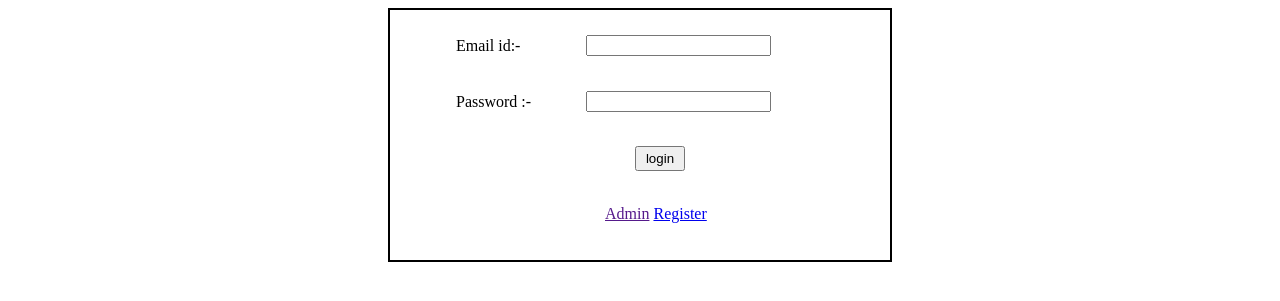
Repository: ShivrajMPujari/ServletApplication
Page: http://localhost/LoginRegistration/
An editor plug-in stored every save of this project. The page is shown before and after the next save, followed by the edit.
The browser window is 1280 px wide. The pictures show the whole page.
The page is served by Tomcat 9. Other server files are loaded and not shown.

Above is the page before, as saved 2018-07-11 05:17:06.

### LoginRegistration/src/main/webapp/index.jsp
<!DOCTYPE html>
<html>
<head>
<meta charset="UTF-8">
<title>Insert title here</title>
<link rel="stylesheet" href="index.css"/>
</head>
<body>

<div class="tableDiv">
<form action="login" method="get">
<table class="loginTabel" cellspacing="15">
<tr>
	<td> Email id:- </td> <td> <input type="email" name="emailId"/></td>
</tr>

<tr>
	<td>Password :- </td> <td> <input type="password" name="password" /> </td>
</tr>

<tr>
<td colspan="2"  class="submitButton"  > <input class="btn"type="submit" value="login" /></td>
</tr>

<tr>
<td colspan="2" class="register"> <a href="">Admin</a> <a href="Registration.jsp">Register</a></td>
</tr>
</table>
</form>
</div>
</body>
</html>

### LoginRegistration/src/main/webapp/index.css
@CHARSET "UTF-8";

.tableDiv{
	height:250px;
	width:500px;
	margin:auto;
	border:2px solid black;
}
.loginTabel{

	height:240px;
	width:480px;
	margin:auto;
	padding-left: 40px;

}
tr,td{
	height: 35px;

}
.submitButton{
	padding-left:180px;

}
.btn{
	height: 25px;
	width:50px;
}
.register{

	padding-left:150px;
}

After the next save:
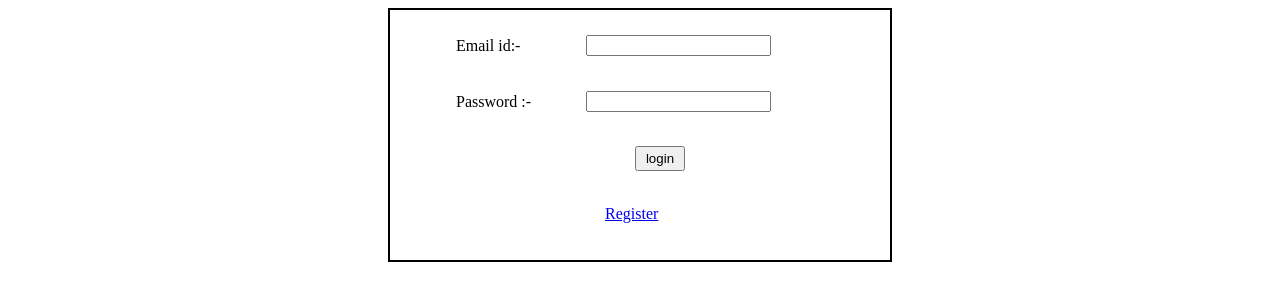
Saved 5 min 17 s later.
--- a/LoginRegistration/src/main/webapp/index.jsp
+++ b/LoginRegistration/src/main/webapp/index.jsp
@@ -23,7 +23,7 @@
 </tr>
 
 <tr>
-<td colspan="2" class="register"> <a href="">Admin</a> <a href="Registration.jsp">Register</a></td>
+<td colspan="2" class="register"><a href="Registration.jsp">Register</a></td>
 </tr>
 </table>
 </form>
